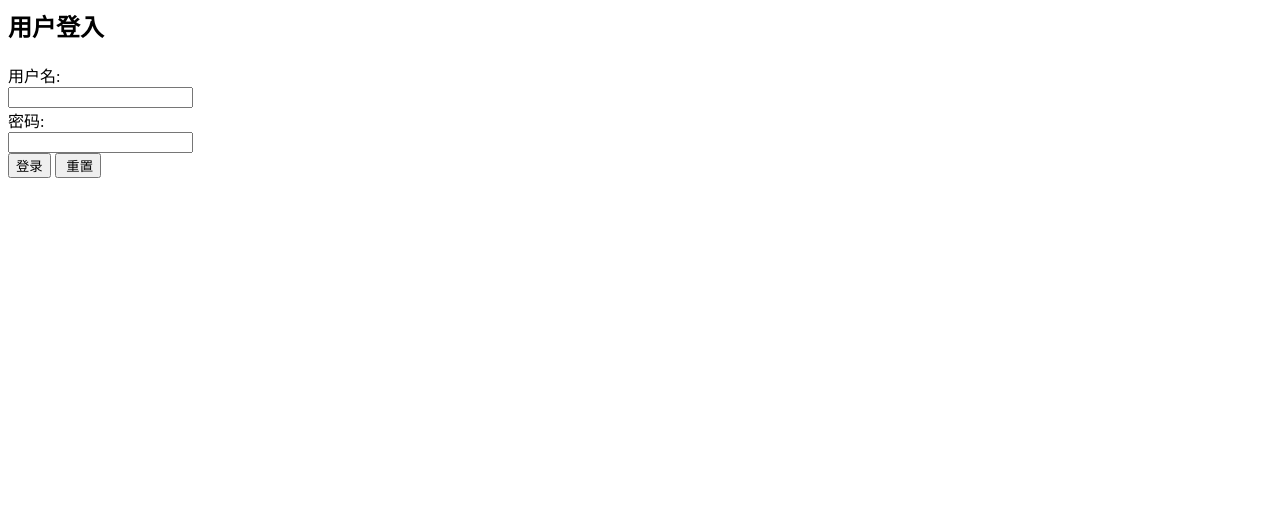
Repository: wikelgc/JSP
Page: http://localhost/chapter_four/
An editor plug-in stored every save of this project. The page is shown before and after the next save, followed by the edit.
The browser window is 1280 px wide. The pictures show the whole page.
The page is served by Tomcat 9. Other server files are loaded and not shown.

Above is the page before, as saved 2015-05-29 08:36:17.

### chapter_four/WebRoot/index.jsp
<%@page contentType="text/html; charset=UTF-8" language="java"%>
<html>
	<head>
	 	<h2>用户登入</h2>
	</head>
	<body>
		<form action=" doLogon.jsp">
			用户名:<br>
			<input type = "text" name = "name"><br>
			密码:<br>
			<input type = "passWord" name = "password"><br>

			<input type = "submit" value="登录">
			<input type = "reset" value=" 重置">
		</form>
	</body>
</html>

After the next save:
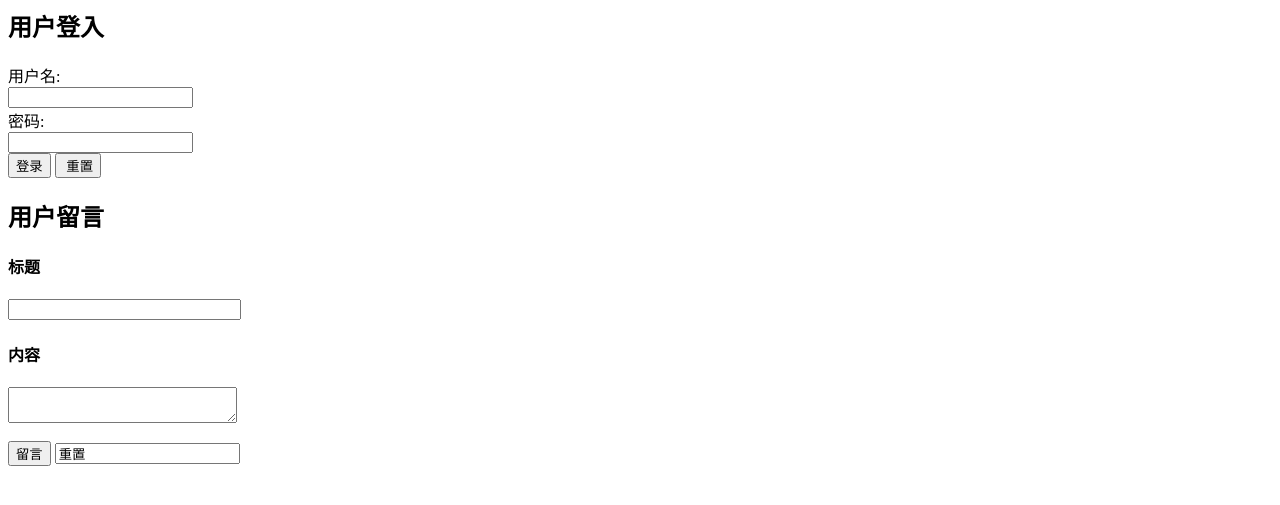
Saved 8 min 26 s later.
--- a/chapter_four/WebRoot/index.jsp
+++ b/chapter_four/WebRoot/index.jsp
@@ -4,14 +4,29 @@
 	 	<h2>用户登入</h2>
 	</head>
 	<body>
-		<form action=" doLogon.jsp">
-			用户名:<br>
-			<input type = "text" name = "name"><br>
-			密码:<br>
-			<input type = "passWord" name = "password"><br>
+		<div>
+			<form action=" doLogon.jsp">
+				用户名:<br>
+				<input type = "text" name = "name"><br>
+				密码:<br>
+				<input type = "passWord" name = "password"><br>
 
-			<input type = "submit" value="登录">
-			<input type = "reset" value=" 重置">
-		</form>
+				<input type = "submit" value="登录">
+				<input type = "reset" value=" 重置">
+			</form>
+		</div>
+
+		<div>
+			<form>
+			<h2>用户留言</h2>
+			<h4>标题</h4>
+			<input type = "text" name = "title" size = "26"><br>
+			<h4>内容</h4>
+			<textarea type = "content" row = "5" cols = "26" ></textarea><br><br>
+			<input type = "submit" value = "留言">
+			<input type = "content" value = "重置">
+			</form>
+
+		</div>
 	</body>
 </html>
